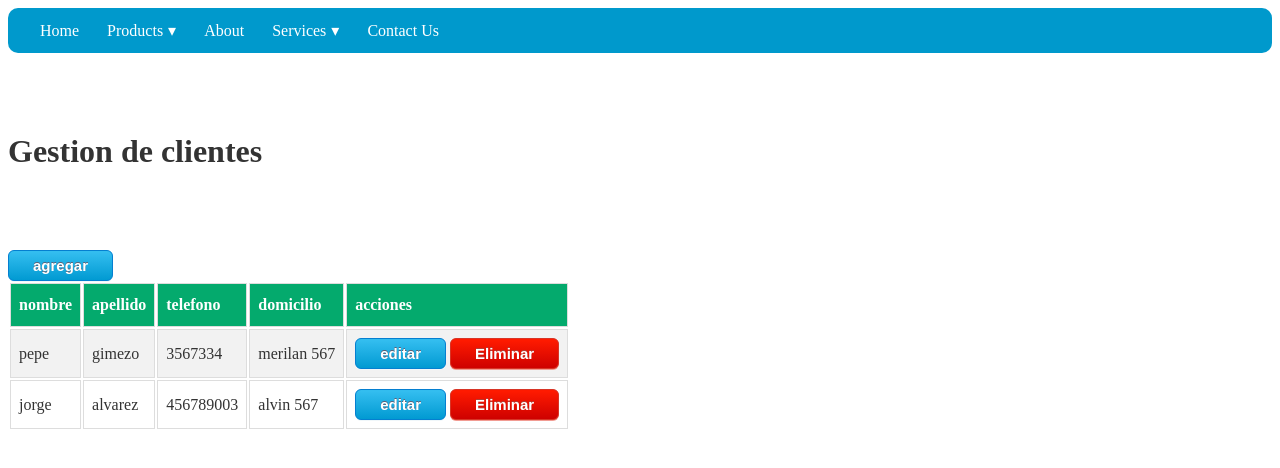
Repository: geraldine-ventura/Practicando.net
Page: index 2.html
An editor plug-in stored every save of this project. The page is shown before and after the next save, followed by the edit.
The browser window is 1280 px wide. The pictures show the whole page.

Above is the page before, as saved 2022-12-20 12:27:35.

After the next save:
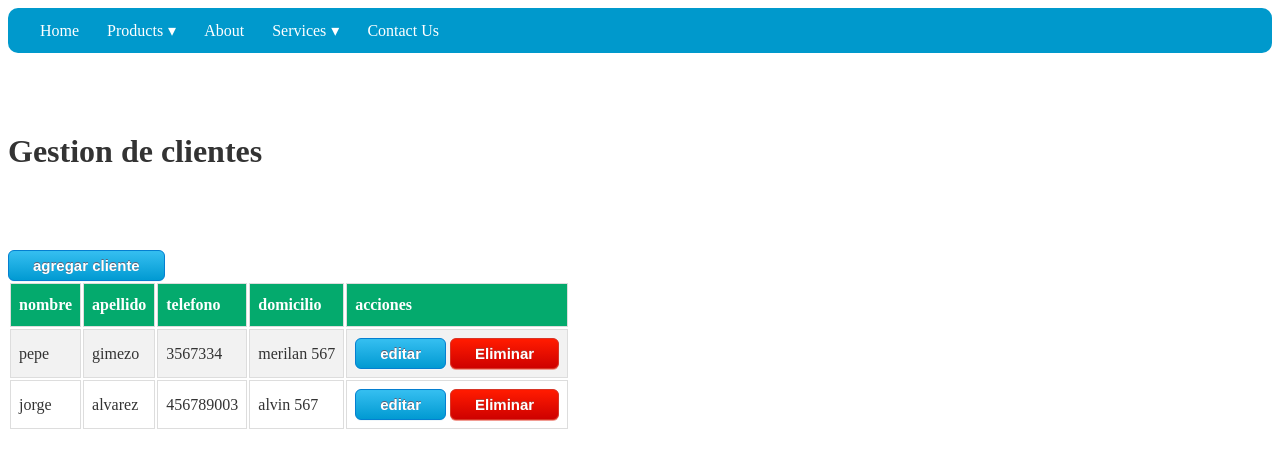
Saved 82 s later.
--- a/index 2.html
+++ b/index 2.html
@@ -29,7 +29,7 @@
 
 <h1>Gestion de clientes</h1>
 
-<a href="#" class="myButton">agregar</a>
+<a id="btnAgregar" href="#" class="myButton">agregar cliente</a>
 
 <table id= "customers">
     <tr>
